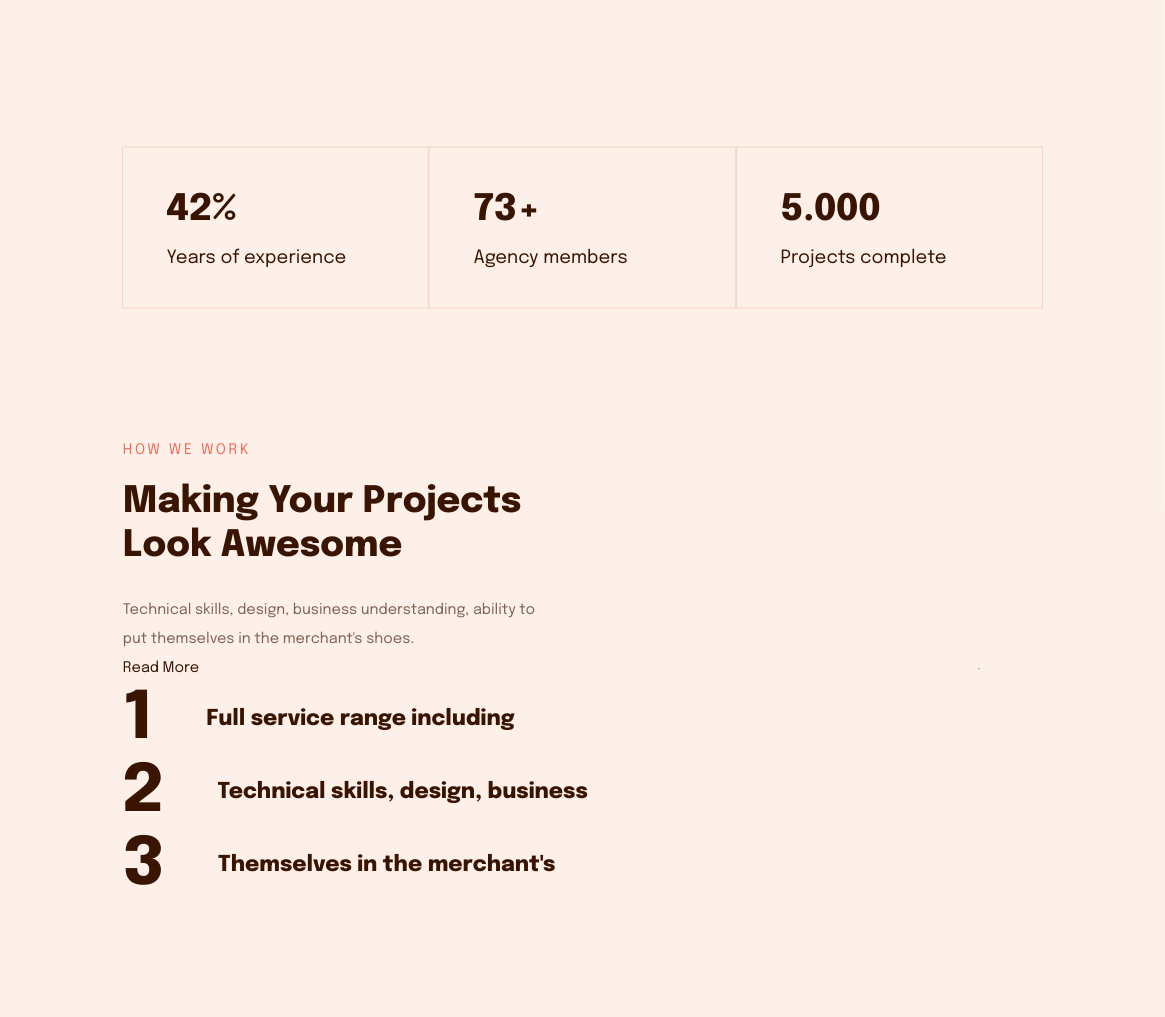
Repository: MehdiKerimov/Figma-task-7
Page: index.html
The author's editor kept a copy of each file at every save. The page is drawn from the files as they stood at one save, then again after a run of saves.
The browser window is 1280 px wide. The pictures show the whole page, at 91% of full size.

Above is the page before, as saved 2023-08-30 12:19:46.

After the next 2 saves:
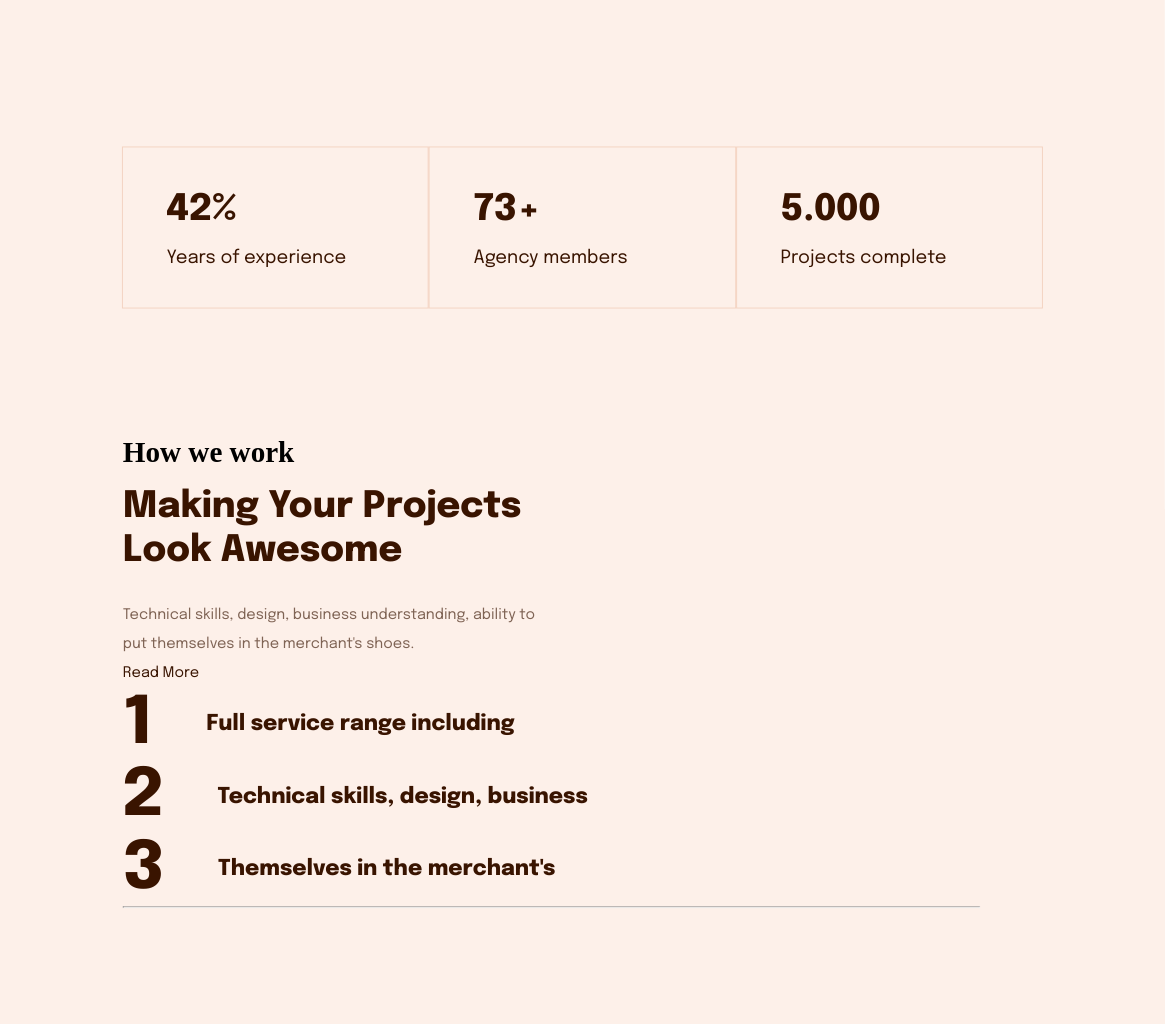
The 2 saves are shown as one change because they came seconds apart.
The last was saved 8 s later.
--- a/index.css
+++ b/index.css
@@ -63,10 +63,9 @@
 }
 .container-2{
     padding: 0 203px 127px 135px;
-    display: flex;
-    justify-content: space-between;
-    align-items: center;
+
 }
+.co
 .container-2 .text-container h1 {
   color: var(--text-dark-accent, #ef6d58);
   font-feature-settings: "clig" off, "liga" off;
